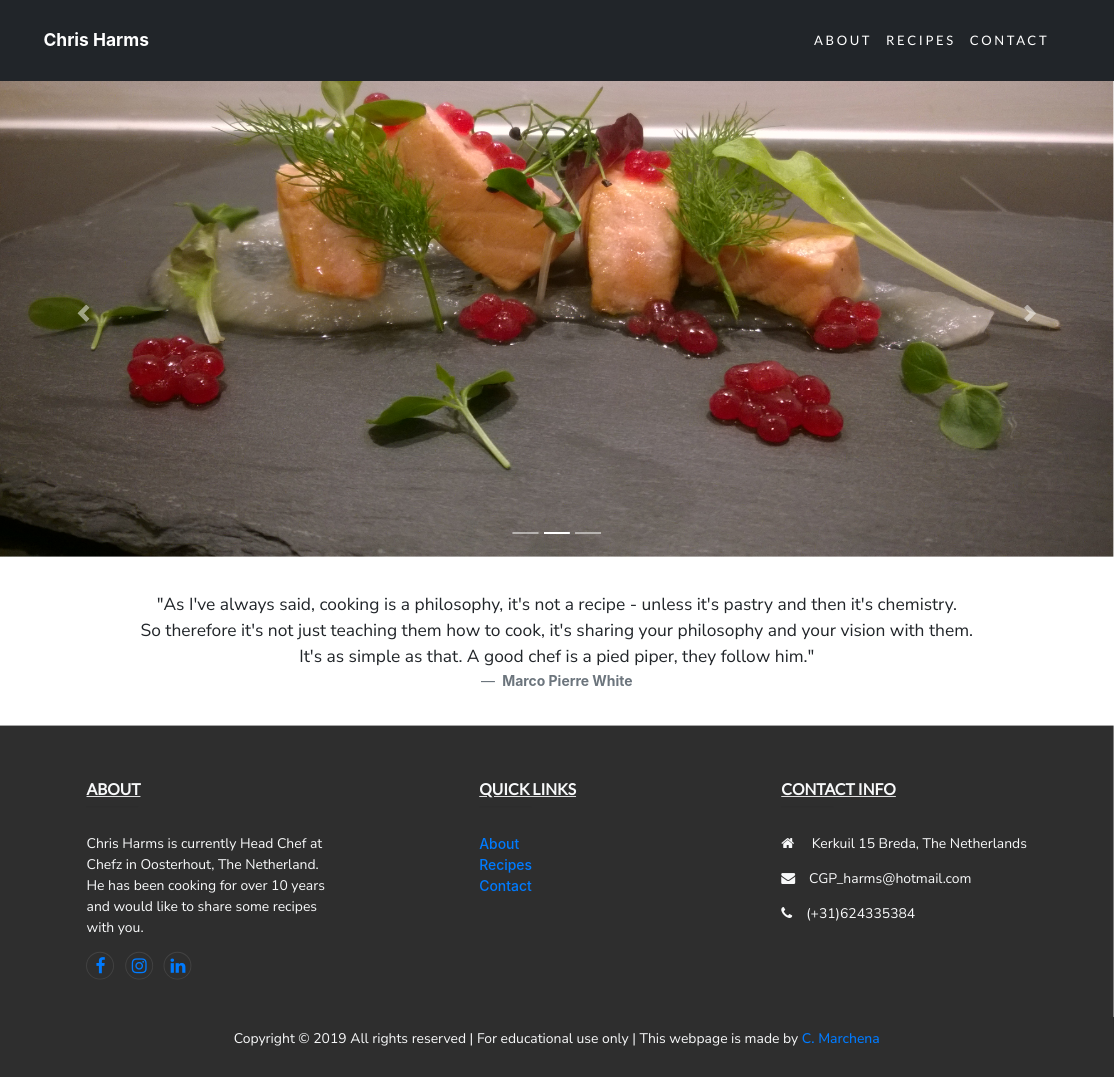
Repository: dugudugu/chris-harms-web
Page: index.html
The author's editor kept a record of every edit. The page is drawn from the files as they stood at one moment, then again after the next edit.
The browser window is 1280 px wide. The pictures show the whole page, at 87% of full size.
Some web fonts or font styles are not loaded; a fallback is used.

Above is the page before.

### index.html
<!DOCTYPE html>
<html lang="en">

<head>
  <meta charset="UTF-8">
  <meta name="viewport" content="width=device-width, initial-scale=1.0">
  <meta http-equiv="X-UA-Compatible" content="ie=edge">
  <link href="https://stackpath.bootstrapcdn.com/bootstrap/4.3.1/css/bootstrap.min.css" rel="stylesheet" integrity="sha384-ggOyR0iXCbMQv3Xipma34MD+dH/1fQ784/j6cY/iJTQUOhcWr7x9JvoRxT2MZw1T" crossorigin="anonymous">
  <link href="https://stackpath.bootstrapcdn.com/font-awesome/4.7.0/css/font-awesome.min.css" rel="stylesheet" integrity="sha384-wvfXpqpZZVQGK6TAh5PVlGOfQNHSoD2xbE+QkPxCAFlNEevoEH3Sl0sibVcOQVnN" crossorigin="anonymous">
  <link rel="stylesheet" href="css/style.css">
  <title> Chris Harms | Home</title>
</head>


<body>

  <header>

    <!-- Navbar -->

    <nav class="navbar fixed-top navbar-expand-lg navbar-dark">
      <a class="navbar-brand" href="index.html"><strong>Chris Harms</strong></a>

      <button class="navbar-toggler" type="button" data-toggle="collapse" data-target="#navbarSupportedContent" aria-controls="navbarSupportedContent" aria-expanded="false" aria-label="Toggle navigation">
            <span class="navbar-toggler-icon"></span>
        </button>

      <div class="collapse navbar-collapse" id="navbarSupportedContent">
        <ul class="navbar-nav ml-auto pl-lg-5 pl-0">
          <li class="nav-item active">
            <a class="nav-link" href="about.html">About</a>
          </li>
          <li class="nav-item">
            <a class="nav-link" href="recipe.html">Recipes</a>
          </li>
          <li class="nav-item">
            <a class="nav-link active" href="contact.html">Contact</a>
          </li>
        </ul>
      </div>
    </nav>


    <!-- Carousel -->
    <!-- Original code from: https://mdbootstrap.com/docs/jquery/javascript/carousel/ -->

    <div id="carousel-home" class="carousel slide carousel-fade d-none d-lg-block" data-ride="carousel">
      <ol class="carousel-indicators">
        <li data-target="#carousel-home" data-slide-to="0" class="active"></li>
        <li data-target="#carousel-home" data-slide-to="1"></li>
        <li data-target="#carousel-home" data-slide-to="2"></li>
      </ol>

      <div class="carousel-inner" role="listbox">
        <div class="carousel-item active">
          <div class="view">
            <img class="d-block w-100" src="media/image/slider4.jpg" alt="First slide">
            <div class="mask rgba-black-slight"></div>
          </div>
          <div class="carousel-caption d-none d-md-block">
            <h3 class="h3-responsive">Professional Chef</h3>
            <p>With more than 10 years experience Chris Harms has come accross all sorts of cuisine. Have a look at his story and what inspires him.</p>

          </div>
        </div>
        <div class="carousel-item">
          <div class="view">
            <img class="d-block w-100" src="media/image/slider2.jpg" alt="Second slide">
            <div class="mask rgba-black-slight"></div>
          </div>
        </div>
        <div class="carousel-item">

          <div class="view">
            <img class="d-block w-100" src="media/image/slider3.jpg" alt="Third slide">
            <div class="mask rgba-teal-strong"></div>
          </div>
          <div class="carousel-caption d-none d-md-block">
            <h3 class="h3-responsive">Delicious Recipes</h3>
            <p>Have a look at the different recipes and try them out</p>
          </div>
        </div>
      </div>
    </div>
    <!--Controls-->

    <!-- Carousel Controls -->
    <a class="carousel-control-prev" href="#carousel-home" role="button" data-slide="prev">
            <span class="carousel-control-prev-icon" aria-hidden="true"></span>
            <span class="sr-only">Previous</span>
            </a>
    <a class="carousel-control-next" href="#carousel-home" role="button" data-slide="next">
            <span class="carousel-control-next-icon" aria-hidden="true"></span>
            <span class="sr-only">Next</span>
            </a>
    </div>

    <!-- Carousel Replacement for Mobile Phones -->

    <div class="container-fluid p-0 m-0 d-lg-none">
      <div class="row">
        <div class="col-12">
          <img class="d-block w-100" src="media/image/slider4.jpg">
          <div class="carousel-caption d-none d-md-block">
            <h3 class="h3-responsive">Delicious Recipes</h3>
            <p>Have a look at the different recipes and try them out!</p>
          </div>
        </div>
      </div>
    </div>

  </header>

  <!-- Quote / Insperational Text -->

  <blockquote class="blockquote text-center">
    <p class="mb-0">"As I've always said, cooking is a philosophy, it's not a recipe - unless it's pastry and then it's chemistry.</p>
    <p class="mb-0">So therefore it's not just teaching them how to cook, it's sharing your philosophy and your vision with them.</p>
    <p class="mb-0">It's as simple as that. A good chef is a pied piper, they follow him."</p>
    <footer class="blockquote-footer"><strong> Marco Pierre White </strong></footer>
  </blockquote>


  <!-- Optional JavaScript -->
  <!-- jQuery first, then Popper.js, then Bootstrap JS -->
  <script src="https://code.jquery.com/jquery-3.3.1.slim.min.js" integrity="sha384-q8i/X+965DzO0rT7abK41JStQIAqVgRVzpbzo5smXKp4YfRvH+8abtTE1Pi6jizo" crossorigin="anonymous"></script>
  <script src="https://cdnjs.cloudflare.com/ajax/libs/popper.js/1.14.7/umd/popper.min.js" integrity="sha384-UO2eT0CpHqdSJQ6hJty5KVphtPhzWj9WO1clHTMGa3JDZwrnQq4sF86dIHNDz0W1" crossorigin="anonymous"></script>
  <script src="https://stackpath.bootstrapcdn.com/bootstrap/4.3.1/js/bootstrap.min.js" integrity="sha384-JjSmVgyd0p3pXB1rRibZUAYoIIy6OrQ6VrjIEaFf/nJGzIxFDsf4x0xIM+B07jRM" crossorigin="anonymous"></script>

</body>

<!-- Footer -->

<footer class="page-footer font-small unique-color-dark">
  <div class="container-fluid text-center text-md-left mt-5">
    <div class="row mt-3">

      <!--            About and Social Media links          -->

      <!--            About           -->
      <div class="col-md-3 col-lg-4 col-xl-3 mx-auto mb-4">
        <h6 class="text-uppercase font-weight-bold">About</h6>
        <hr class="blue-accent mb-4 mt-0 d-inline-block mx-auto " style="width: 60px; ">
        <p>Chris Harms is currently Head Chef at Chefz in Oosterhout, The Netherland. He has been cooking for over 10 years and would like to share some recipes with you.</p>

        <!--            Social Media links          -->
        <ul class="list-inline social-links ">
          <li class="list-inline-item ">
            <a href="https://www.facebook.com/Fritos-catering-204930356197964/" target="_blank">
                        <i class="fa fa-facebook"></i>
                        <span class="sr-only ">Facebook</span>
                    </a>
          </li>
          <li class="list-inline-item ">
            <a href="https://www.instagram.com/whiskeycave/" target="_blank">
                        <i class="fa fa-instagram"></i>
                        <span class="sr-only ">Instagram</span>
                    </a>
          </li>
          <li class="list-inline-item ">
            <a href="https://www.linkedin.com/in/chris-harms-b99322104/" target="_blank">
                        <i class="fa fa-linkedin"></i>
                        <span class="sr-only ">LinkedIn</span>
                    </a>
          </li>
        </ul>
      </div>

      <!--            Quick Links          -->
      <div class="col-md-3 col-lg-2 col-xl-2 mx-auto mb-4 ">
        <h6 class="text-uppercase font-weight-bold ">Quick Links</h6>
        <hr class="blue-accent accent-2 mb-4 mt-0 d-inline-block mx-auto " style="width: 60px; ">
        <ul class="quick-links list-unstyled">
          <li>
            <a href="about.html ">About</a>
          </li>
          <li>
            <a href="recipe.html ">Recipes</a>
          </li>
          <li>
            <a href="contact.html">Contact</a>
          </li>
        </ul>
      </div>


      <!--            Contact Info          -->
      <div class="col-md-4 col-lg-3 col-xl-3 mx-auto mb-md-0 mb-4 ">
        <h6 class="text-uppercase font-weight-bold ">Contact Info</h6>
        <hr class="blue-accent accent-2 mb-4 mt-0 d-inline-block mx-auto " style="width: 60px; ">
        <p>
          <i class="fa fa-home mr-3 "></i> Kerkuil 15 Breda, The Netherlands</p>
        <p>
          <i class="fa fa-envelope mr-3 "></i>CGP_harms@hotmail.com</p>
        <p>
          <i class="fa fa-phone mr-3 "></i>(+31)624335384</p>
      </div>
    </div>
  </div>


  <!--            Copy-Rights          -->
  <div class="footer-copyright text-center py-3">
    <p>Copyright &copy 2019 All rights reserved | For educational use only | This webpage is made by
      <a target=_blank href="https://www.linkedin.com/in/cindymarchena/">C. Marchena</a>
    </p>
  </div>


</footer>




</html>

### css/style.css
@import url('https://fonts.googleapis.com/css?family=Grand+Hotel:|Lato:|Nunito+Sans:100,200,300,400,500,600,700');

html {
    font-family: 'Nunito Sans', sans-serif;
    font-size: 1rem;
}



/* ----------------------------------------------------    Special ------------*/

.text-uppercase {
    text-transform: uppercase!important;
    font-family: 'Lato', sans-serif;
    text-decoration: underline;
}

p {
    margin-top: 0;
    margin-bottom: 1rem;
    font-family: 'Nunito Sans', sans-serif;
}




/* ----------------------------------------------------    Navbar ------------*/

.navbar {
    background-color: #212529;
    padding-left: 50px;
}

.navbar-collapse {
    padding-right: 50px;
    -ms-flex-preferred-size: 100%;
    flex-basis: 100%;
    -ms-flex-positive: 1;
    -ms-flex-align: center;
    align-items: center;
}


.navbar .nav-link {
    font-family: 'Lato', sans-serif;
    padding: 1.7rem 1rem;
    outline: none !important;
    font-size: 15px;
    text-transform: uppercase;
    letter-spacing: .2em;
    color: white !important;

}

.w-100 {
    width: 100%!important;
    height: 40em;
}



/* ----------------------------------------------------    Carousel ------------*/



.carousel-caption {
    position: absolute;
    right: 1%;
    bottom: 20px;
    left: 1%;
    z-index: 10;
    padding-top: 20px;
    padding-bottom: 20px;
    color: #fff;
    text-align: center;
    /* width: 100%; */
    background: rgba(0, 0, 0, 0.55);
}

.carousel-inner .carousel-caption .btn {
    display: inline-block;
    font-weight: 400;
    color: #fff;
    text-align: center;
    vertical-align: middle;
    user-select: none;
    background-color: rgb(0, 0, 0);
    border: 1px solid #007bff;
    padding: .375rem .75rem;
    font-size: 1rem;
    line-height: 1.5;
    border-radius: .25rem;
}

.carousel-inner .carousel-caption .btn:hover {
    color: #007bff;
    border: 1px solid #fff;
}

/* ----------------------------------------------------    Blockquote ------------*/

.blockquote {
    margin-bottom: 2em;
    margin-top: 2em;
    font-size: 1.25rem;
}


/* ----------------------------------------------------    Footer ------------*/

.page-footer {
    width: 100%;
    padding-right: 15px;
    padding-left: 15px;
    padding-top: 15px;
    margin-right: auto;
    margin-left: auto;
    color: #f8f9fa !important;
    background-color: #2e2e2e !important;
}

.font-weight-bold {
    font-weight: 700!important;
    font-size: 18px;
}

.social-links li a i {
    width: 32px;
    height: 32px;
    padding: 12px 0;
    border-radius: 50%;
    font-size: 20px;
    line-height: 7px;
    text-align: center;
    color: #007bff;
    background-color: #2E2E2E;
    border: 1px solid rgba(255, 255, 255, 0.1);
    transition: all .35s ease-in-out;
    -moz-transition: all .35s ease-in-out;
    -webkit-transition: all .35s ease-in-out;
    -o-transition: all .35s ease-in-out;
}

.social-links li a i:hover {
    background-color: #fafafa;
    color: #000000;
}

.quick-links li a {
    font-weight: 500;
    color: #007bff;
    padding-bottom: 20px;
    transition: all .35s ease-in-out;
    -moz-transition: all .35s ease-in-out;
    -webkit-transition: all .35s ease-in-out;
    -o-transition: all .35s ease-in-out;
}

.quick-links li a:hover {
    color: #fafafa;
}

.footer-copyright p a {
    font-weight: 500;
    color: #007bff;
    padding-bottom: 20px;
    transition: all .35s ease-in-out;
    -moz-transition: all .35s ease-in-out;
    -webkit-transition: all .35s ease-in-out;
    -o-transition: all .35s ease-in-out;
}

.footer-copyright p a:hover {
    color: #fafafa;
}


/* ----------------------------------------------------    Media Q ------------*/

@media only screen and (max-width: 768px) {
    .navbar {
        background-color: #2e2e2e;
    }
}


@media only screen and (max-width: 768px) {
    .w-100 {
        width: 100%!important;
        height: 25em;
    }
}

After the next edit:
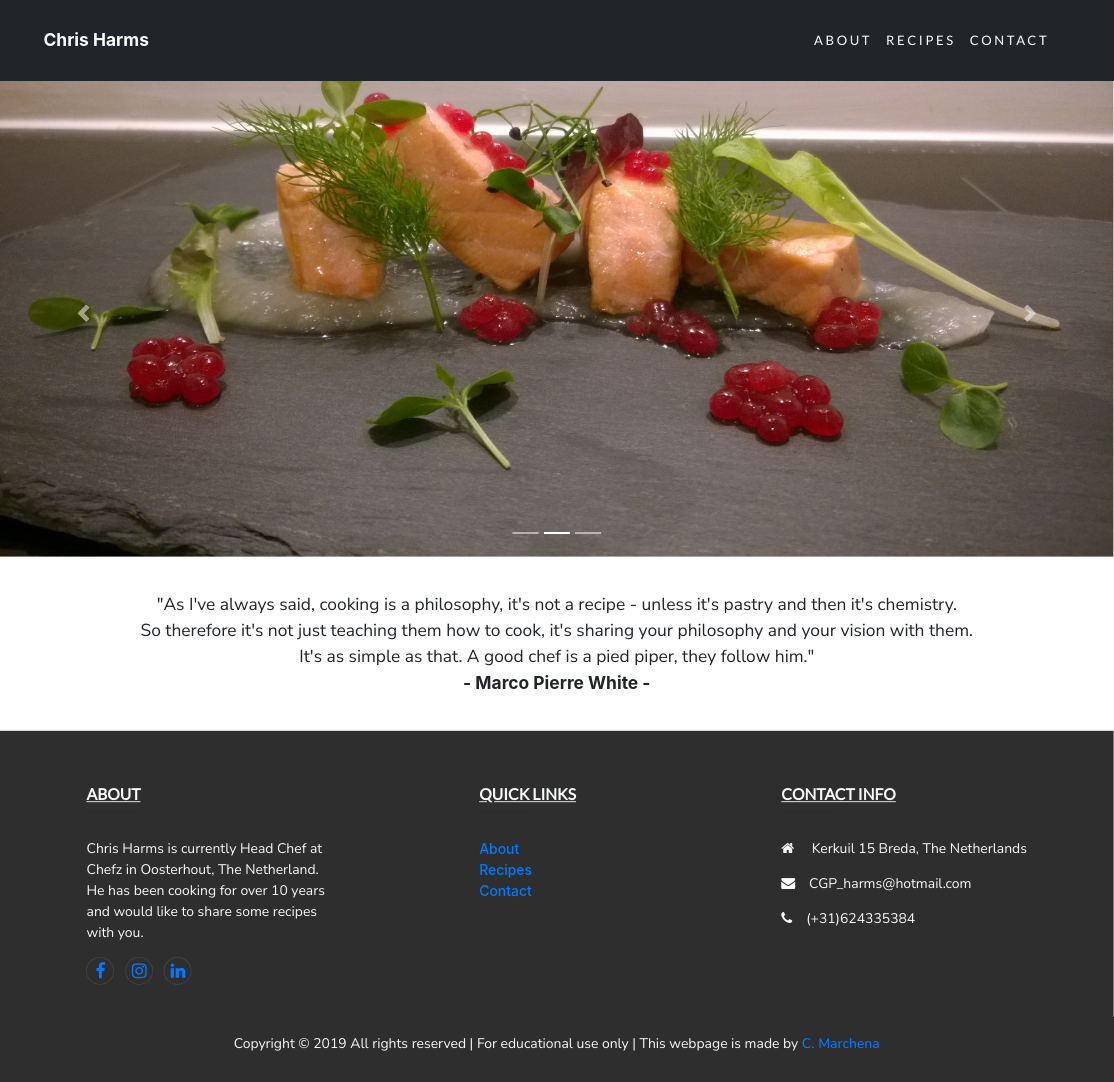
The edit:
--- a/index.html
+++ b/index.html
@@ -117,7 +117,7 @@
     <p class="mb-0">"As I've always said, cooking is a philosophy, it's not a recipe - unless it's pastry and then it's chemistry.</p>
     <p class="mb-0">So therefore it's not just teaching them how to cook, it's sharing your philosophy and your vision with them.</p>
     <p class="mb-0">It's as simple as that. A good chef is a pied piper, they follow him."</p>
-    <footer class="blockquote-footer"><strong> Marco Pierre White </strong></footer>
+    <strong>- Marco Pierre White -</strong>
   </blockquote>
 
 
